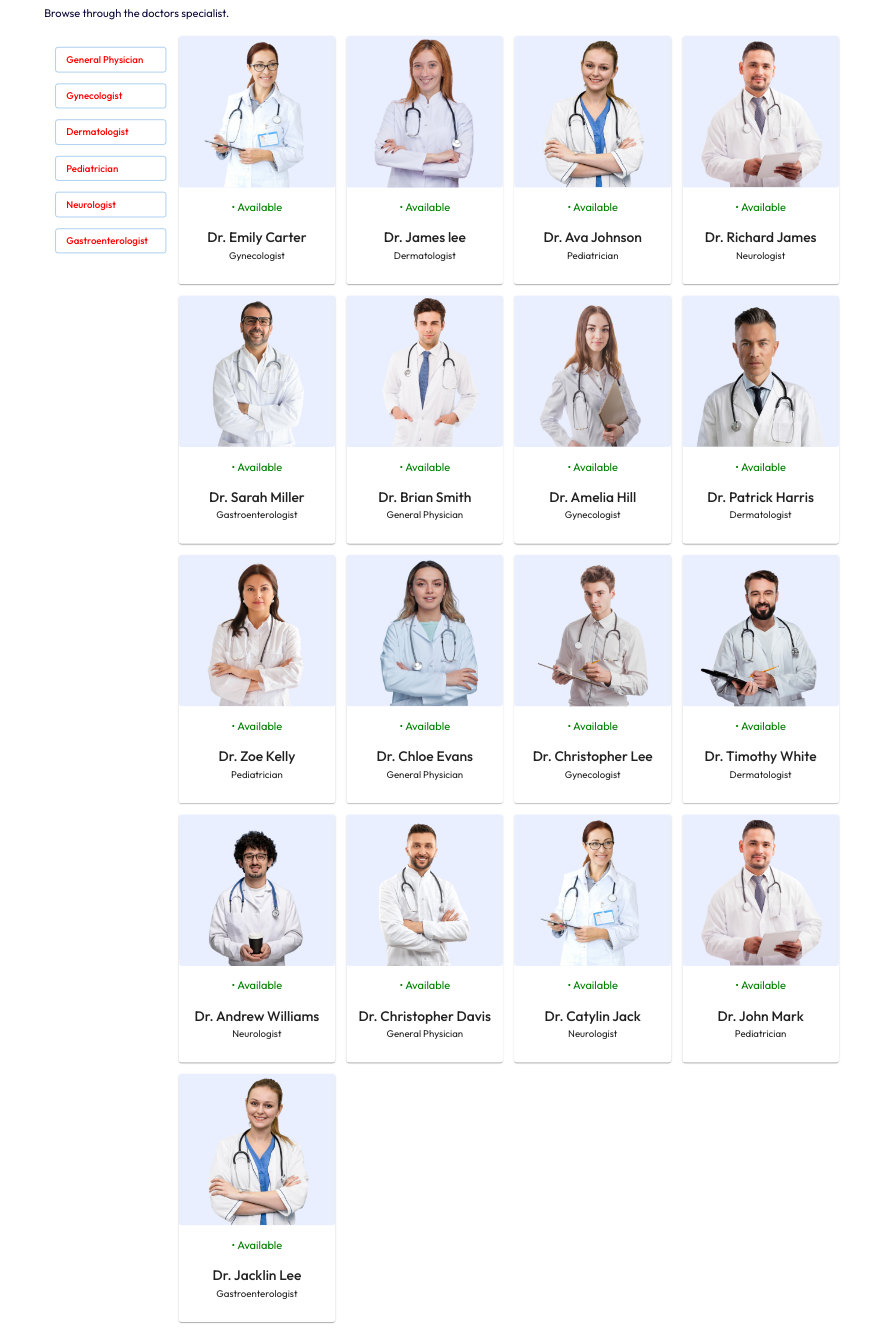
Repository: Ali-Dmerdash/DEPI_GRAD
Page: /
An editor plug-in stored every save of this project. The page is shown before and after the next save, followed by the edit.
The browser window is 1280 px wide. The pictures show the whole page, at 69% of full size.
The project was rebuilt for these pictures with package versions that can differ from the ones it lists, and the page was loaded fresh each time. Also part of the build but not shown: vite.config.ts.

Above is the page before, as saved 2024-10-05 22:47:21.

After the next save:
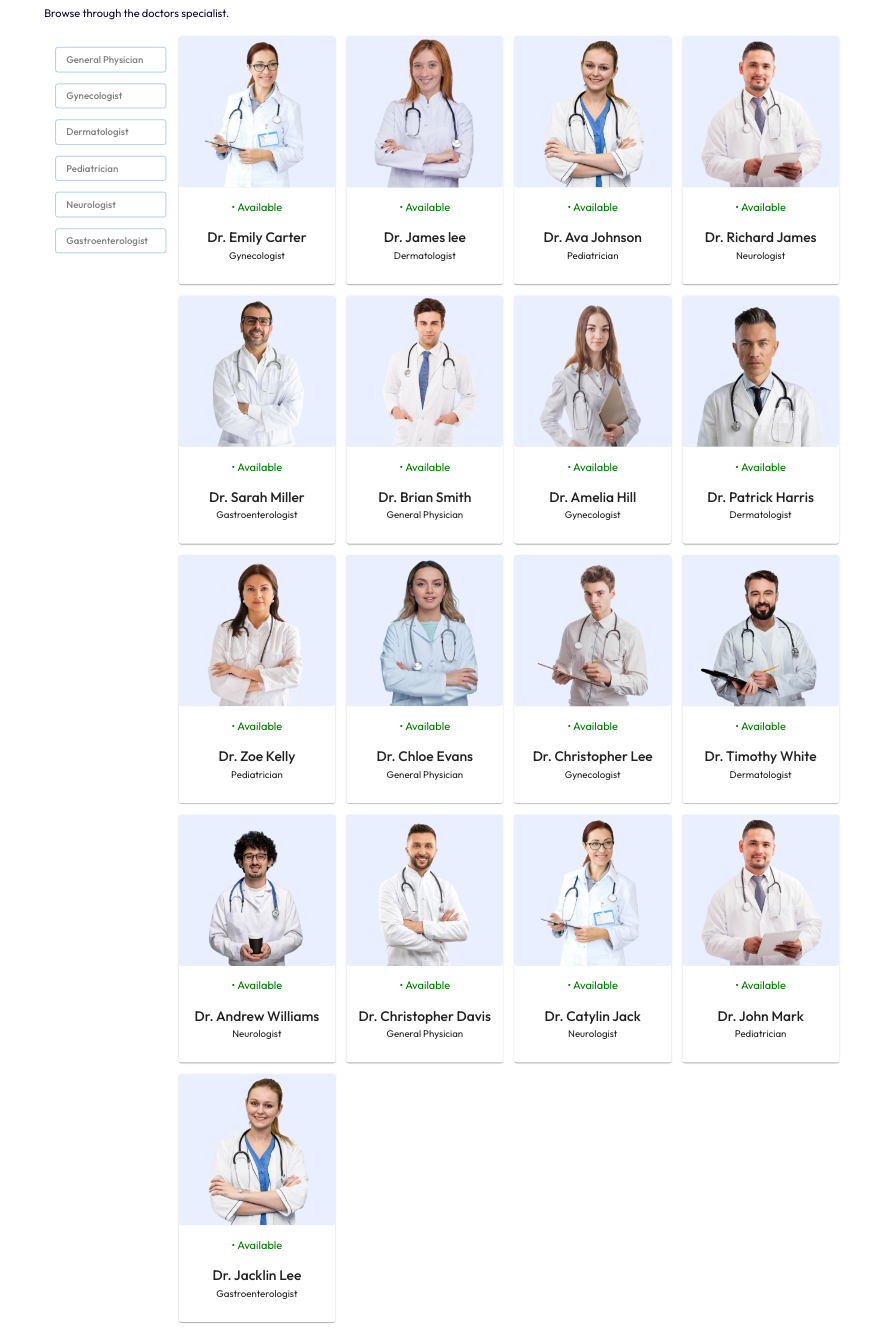
Saved 16 s later.
--- a/src/pages/doctors/index.tsx
+++ b/src/pages/doctors/index.tsx
@@ -191,8 +191,7 @@ const Doctors: React.FC = () => {
                 }
                 fullWidth
                 sx={{
-                  color: "red",
-
+                  color: "gray",
                   marginBottom: 2,
                   justifyContent: "flex-start",
                   textTransform: "none",
